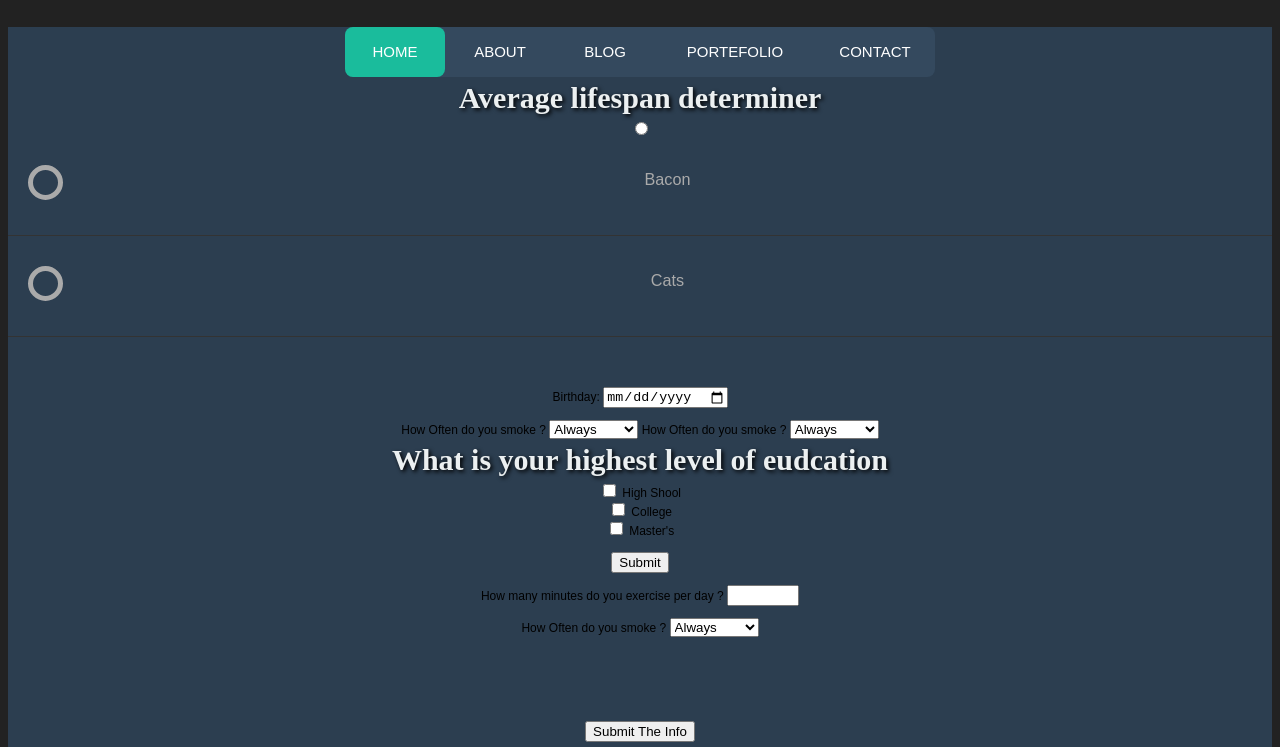
Repository: navid-amini12/capstone-1
Page: wordgame.html
The author's editor kept a copy of each file at every save. The page is drawn from the files as they stood at one save, then again after the next save.
The browser window is 1280 px wide. The pictures show the whole page.

Above is the page before, as saved 2022-06-01 12:33:49.

After the next save:
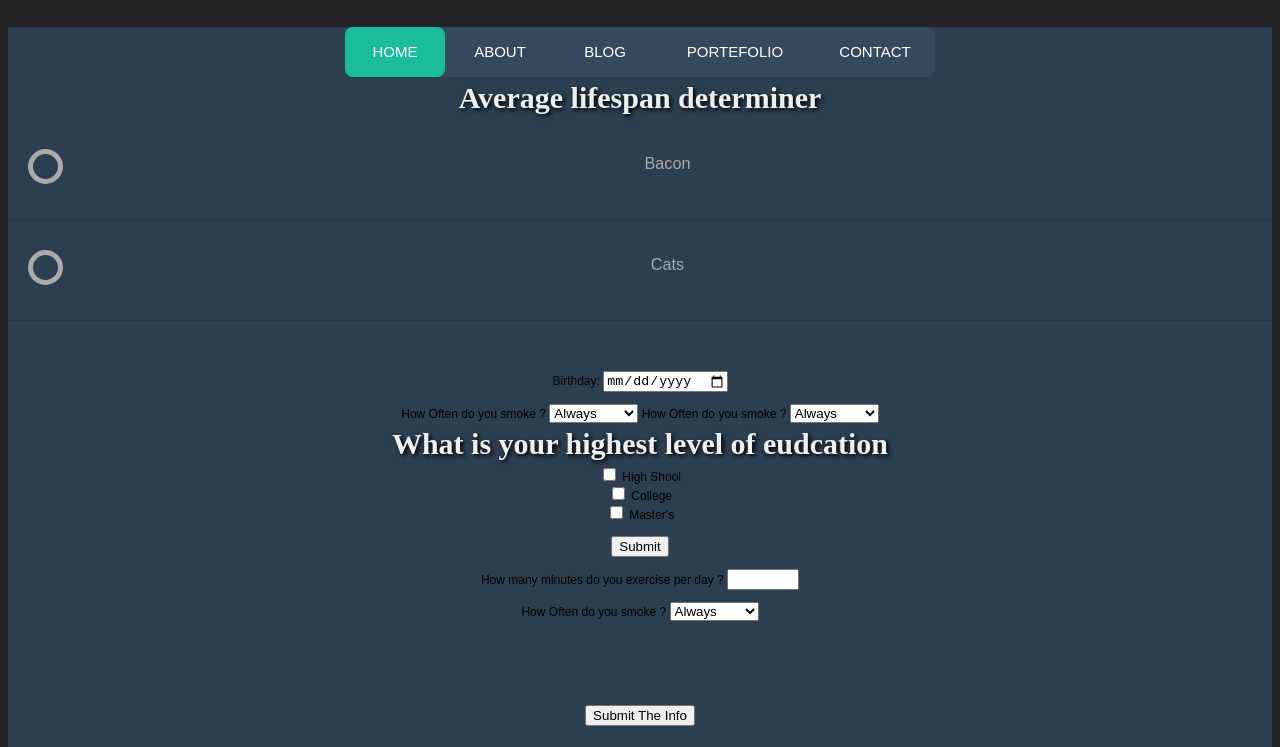
Saved 13 s later.
--- a/wordgame.html
+++ b/wordgame.html
@@ -28,7 +28,7 @@
 
 
 
-      <div class = "container90">  <input type="radio" id="f-option" name="selector">
+      <div class = "container90">
 
 
 
